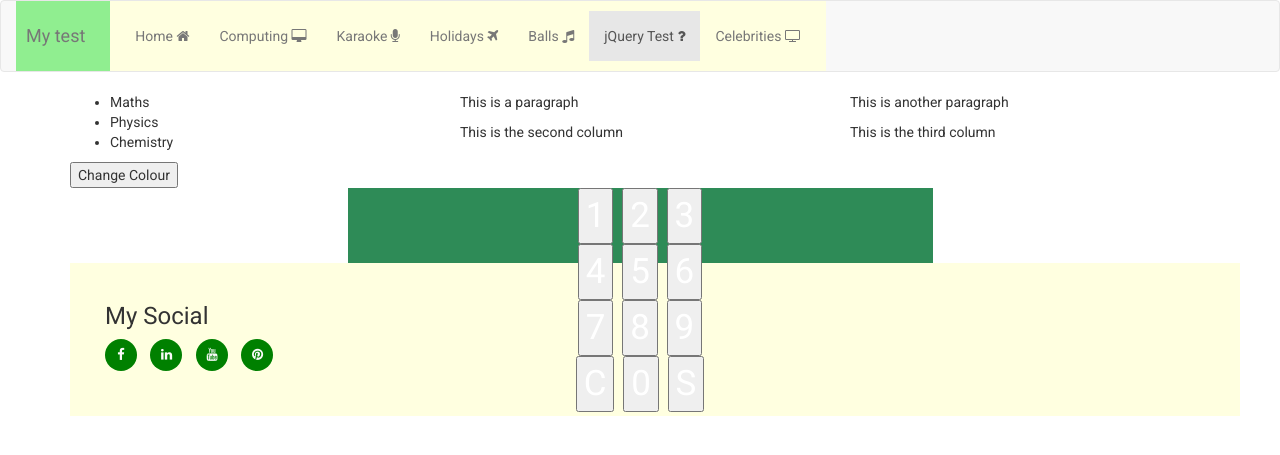
Repository: derektypist/bootstrap
Page: jquerydemo.html
The author's editor kept a record of every edit. The page is drawn from the files as they stood at one moment, then again after the next edit.
The browser window is 1280 px wide. The pictures show the whole page.
Some web libraries are served in a nearby version.

Above is the page before.

After the next edit:
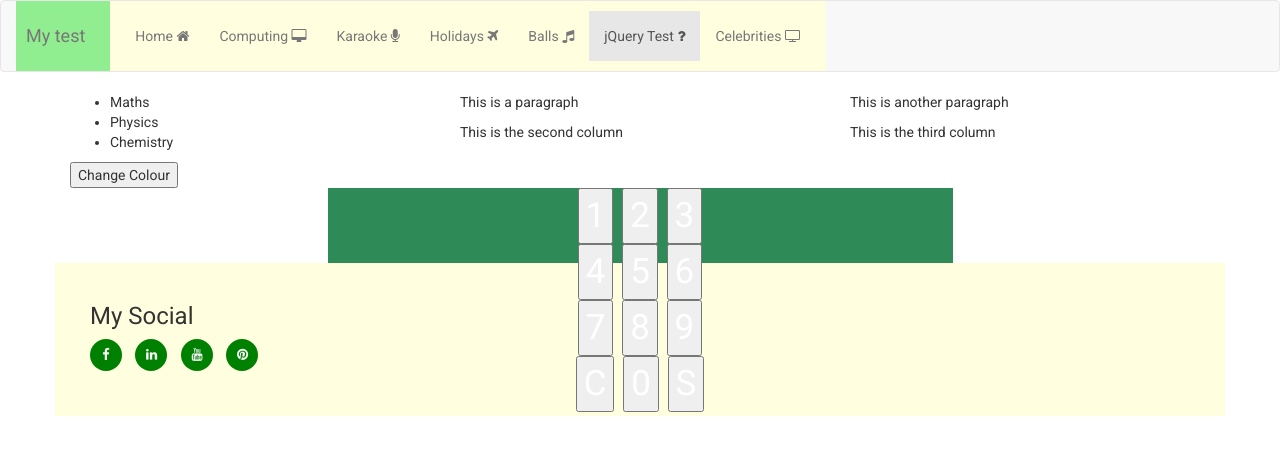
The edit:
--- a/jquerydemo.html
+++ b/jquerydemo.html
@@ -69,8 +69,9 @@
             </article>
 
         </article>
-
+       </section>
         <!-- Set Up Keypad -->
+        <section class="container-fluid"
         <article class="row">
             <article id="keypad">
                 <article id="display"></div>
